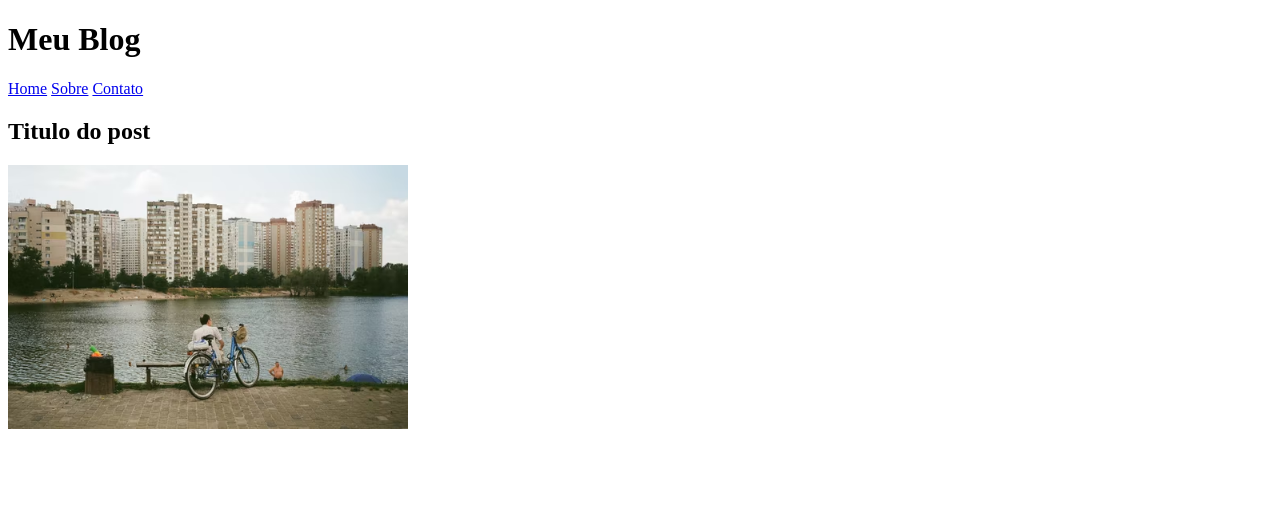
Repository: RenatoCCS/Mais1Code
Page: Rocketseat/Fundamentar/01 - O guia estelar de HTML/Desafios/Blog Post/index.html
These files come from the project's save history. The page is drawn as it stood at one moment and after a run of saves; the edit follows.
The browser window is 1280 px wide. The pictures show the whole page.

Above is the page before, as saved 2022-04-05 21:19:14.

### Rocketseat/Fundamentar/01 - O guia estelar de HTML/Desafios/Blog Post/index.html
<!DOCTYPE html>
<html lang="en">
<head>
    <meta charset="UTF-8">
    <meta http-equiv="X-UA-Compatible" content="IE=edge">
    <meta name="viewport" content="width=device-width, initial-scale=1.0">
    <title>Blog Post</title>
</head>
<body>
    <header>
        <h1>Meu Blog</h1>
        <a href="#">Home</a>
        <a href="#">Sobre</a>
        <a href="#">Contato</a>
    </header>

    <article><h2>Titulo do post</h2>
    <img width="400px" src="../1.avif" title="Bicicleta" alt="Bicicleta">



    </article>


</body>
</html>

After the next 2 saves:
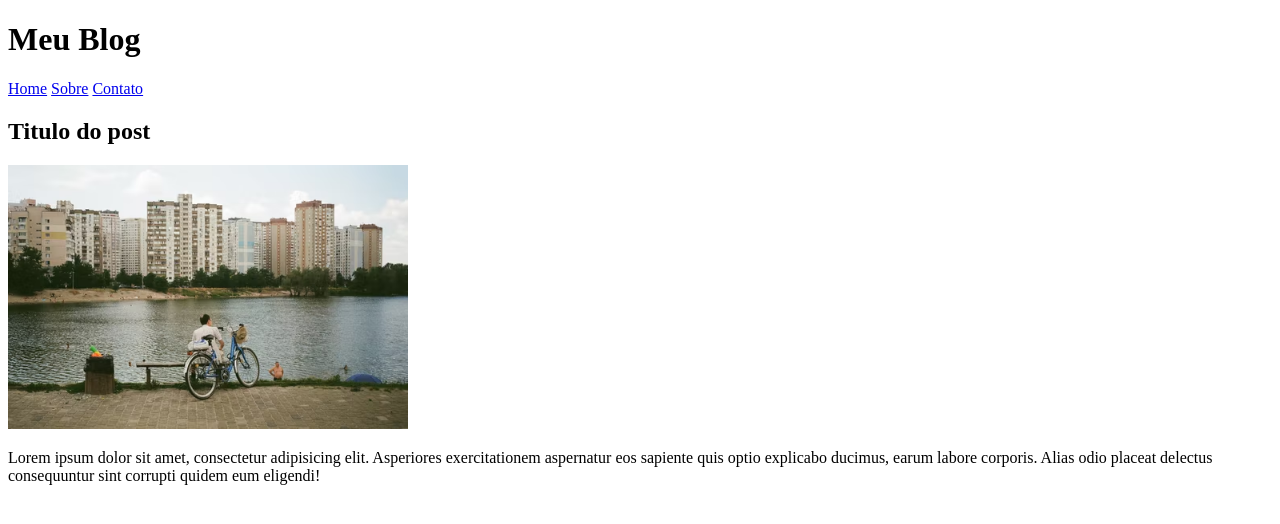
The 2 saves are shown as one change because they came seconds apart.
The last was saved 7 s later.
--- a/Rocketseat/Fundamentar/01 - O guia estelar de HTML/Desafios/Blog Post/index.html
+++ b/Rocketseat/Fundamentar/01 - O guia estelar de HTML/Desafios/Blog Post/index.html
@@ -16,7 +16,7 @@
 
     <article><h2>Titulo do post</h2>
     <img width="400px" src="../1.avif" title="Bicicleta" alt="Bicicleta">
-
+        <p>Lorem ipsum dolor sit amet, consectetur adipisicing elit. Asperiores exercitationem aspernatur eos sapiente quis optio explicabo ducimus, earum labore corporis. Alias odio placeat delectus consequuntur sint corrupti quidem eum eligendi!</p>
 
 
     </article>

After the 3 saves that followed:
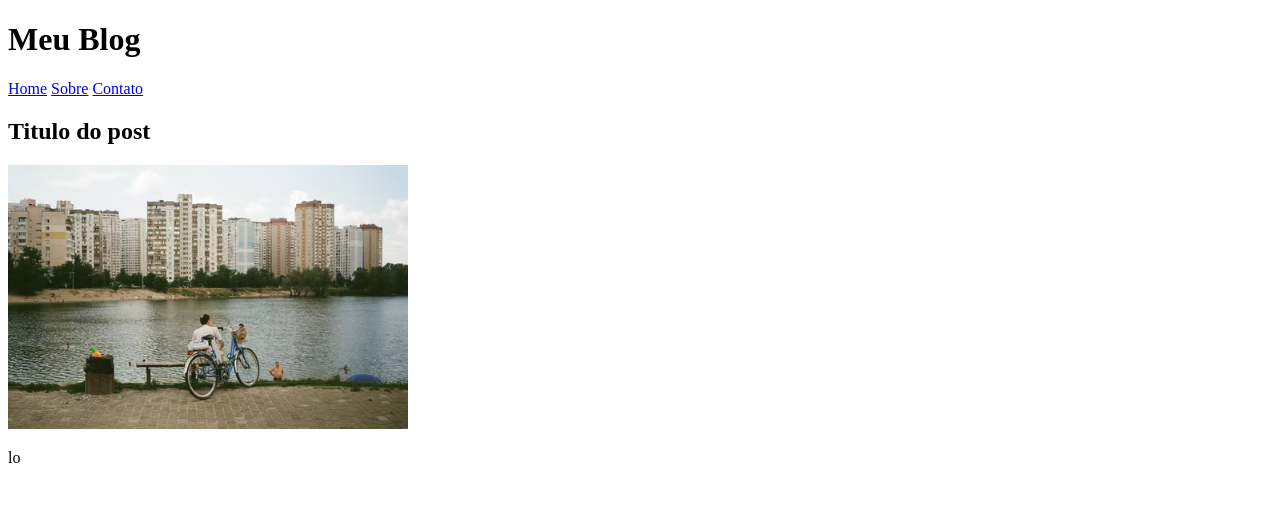
The 3 saves are shown as one change because 1 left the picture as it was and some came seconds apart.
The last was saved 46 s later.
--- a/Rocketseat/Fundamentar/01 - O guia estelar de HTML/Desafios/Blog Post/index.html
+++ b/Rocketseat/Fundamentar/01 - O guia estelar de HTML/Desafios/Blog Post/index.html
@@ -16,7 +16,7 @@
 
     <article><h2>Titulo do post</h2>
     <img width="400px" src="../1.avif" title="Bicicleta" alt="Bicicleta">
-        <p>Lorem ipsum dolor sit amet, consectetur adipisicing elit. Asperiores exercitationem aspernatur eos sapiente quis optio explicabo ducimus, earum labore corporis. Alias odio placeat delectus consequuntur sint corrupti quidem eum eligendi!</p>
+        <p>lo</p>
 
 
     </article>
